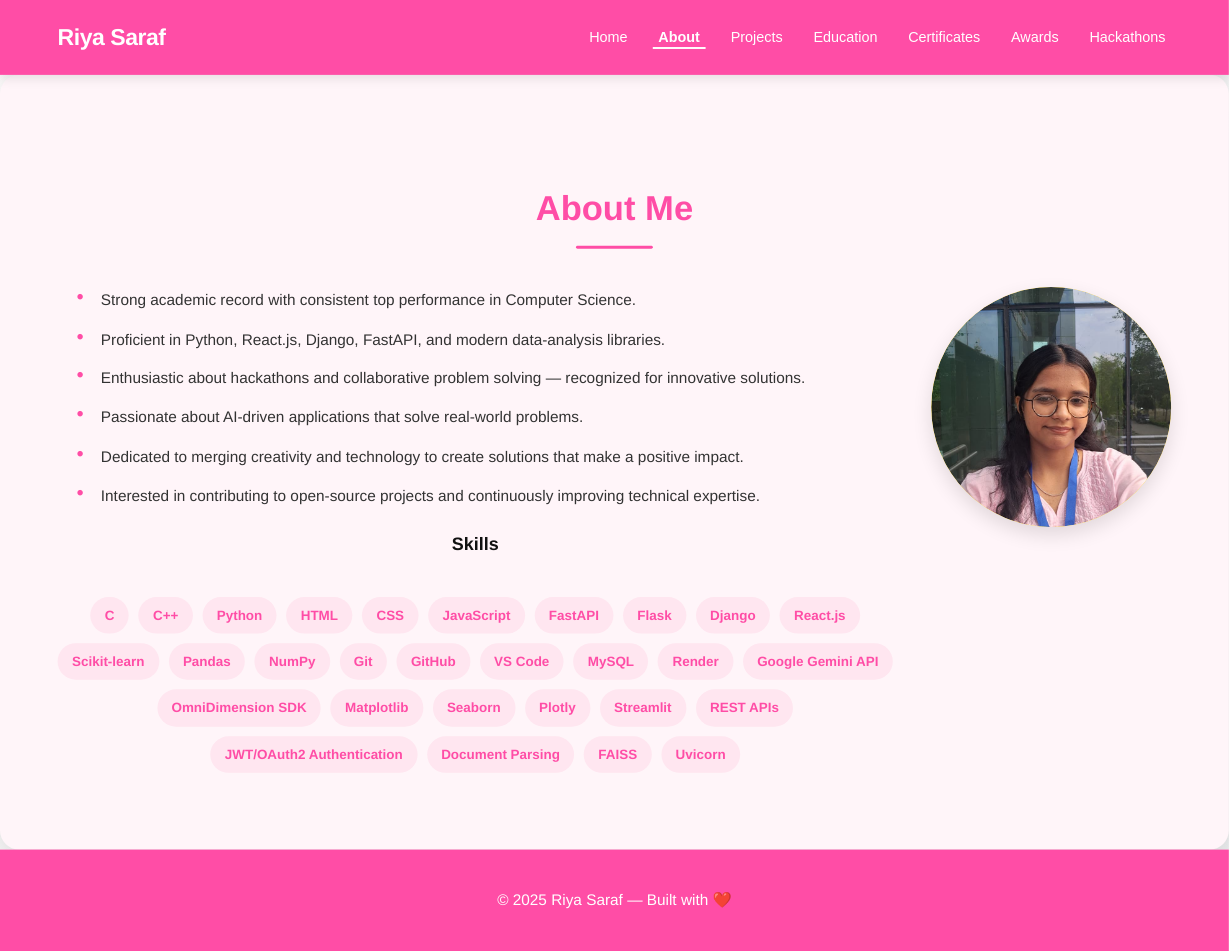
Repository: riyaaaa19/riya-portfolio
Page: /, after clicking the first element matching `nav > :nth-child(2)`
An editor plug-in stored every save of this project. The page is shown before and after the next save, followed by the edit.
The browser window is 1280 px wide. The pictures show the whole page, at 96% of full size.
The project was rebuilt for these pictures with package versions that can differ from the ones it lists, and the page was loaded fresh each time. Also part of the build but not shown: src/components/TimelineCard.js.

Above is the page before, as saved 2025-09-14 15:26:04.

After the next save:
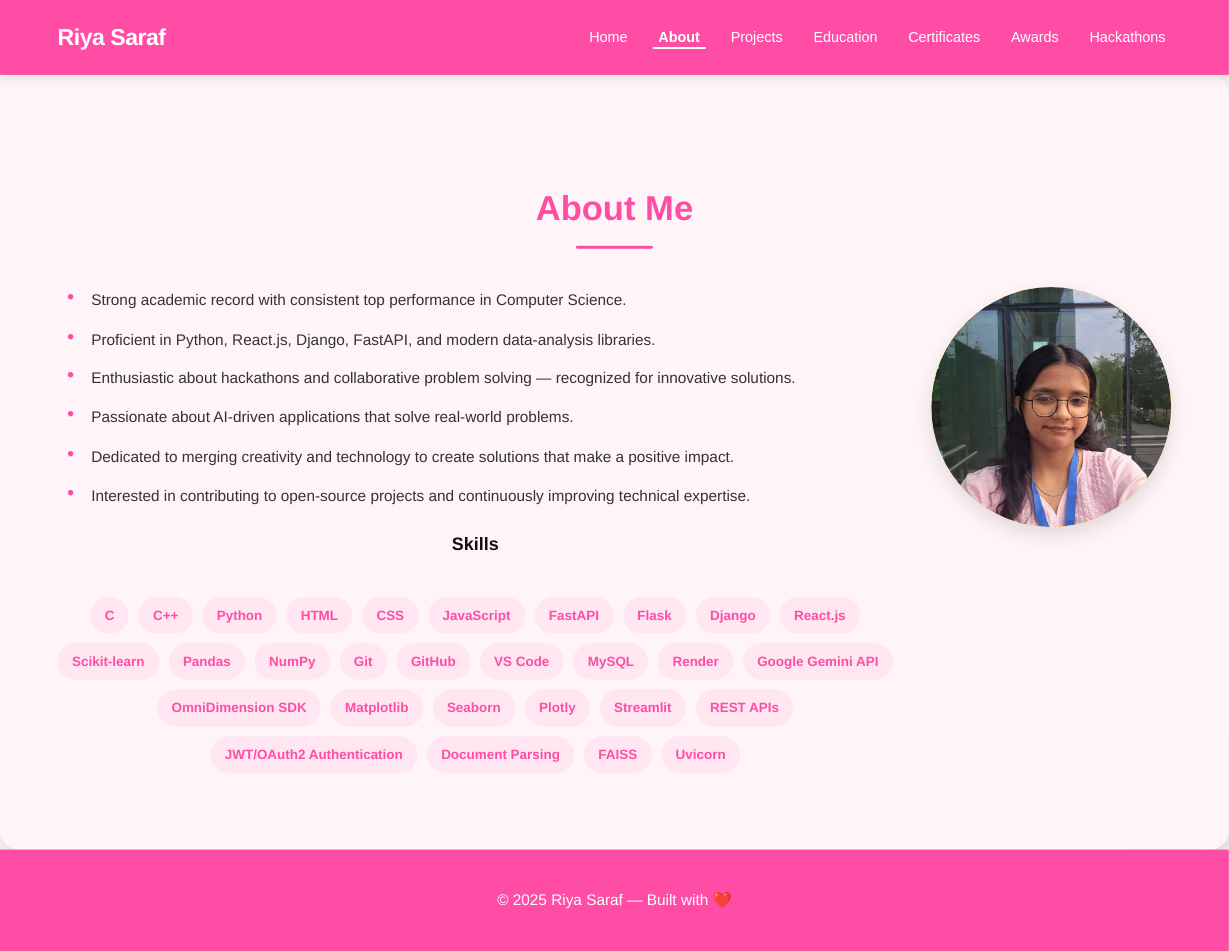
Saved 17 s later.
--- a/src/App.js
+++ b/src/App.js
@@ -196,7 +196,7 @@
 
       {/* ✅ Left Side: Text Points + Skills */}
       <div style={{ flex: 1 }}>
-        <ul style={{paddingLeft: "20px", lineHeight: "1.8" }}>
+        <ul style={{paddingLeft: "10px", lineHeight: "1.8" }}>
           <li>Strong academic record with consistent top performance in Computer Science.</li>
           <li>Proficient in Python, React.js, Django, FastAPI, and modern data-analysis libraries.</li>
           <li>Enthusiastic about hackathons and collaborative problem solving — recognized for innovative solutions.</li>

After the save that followed:
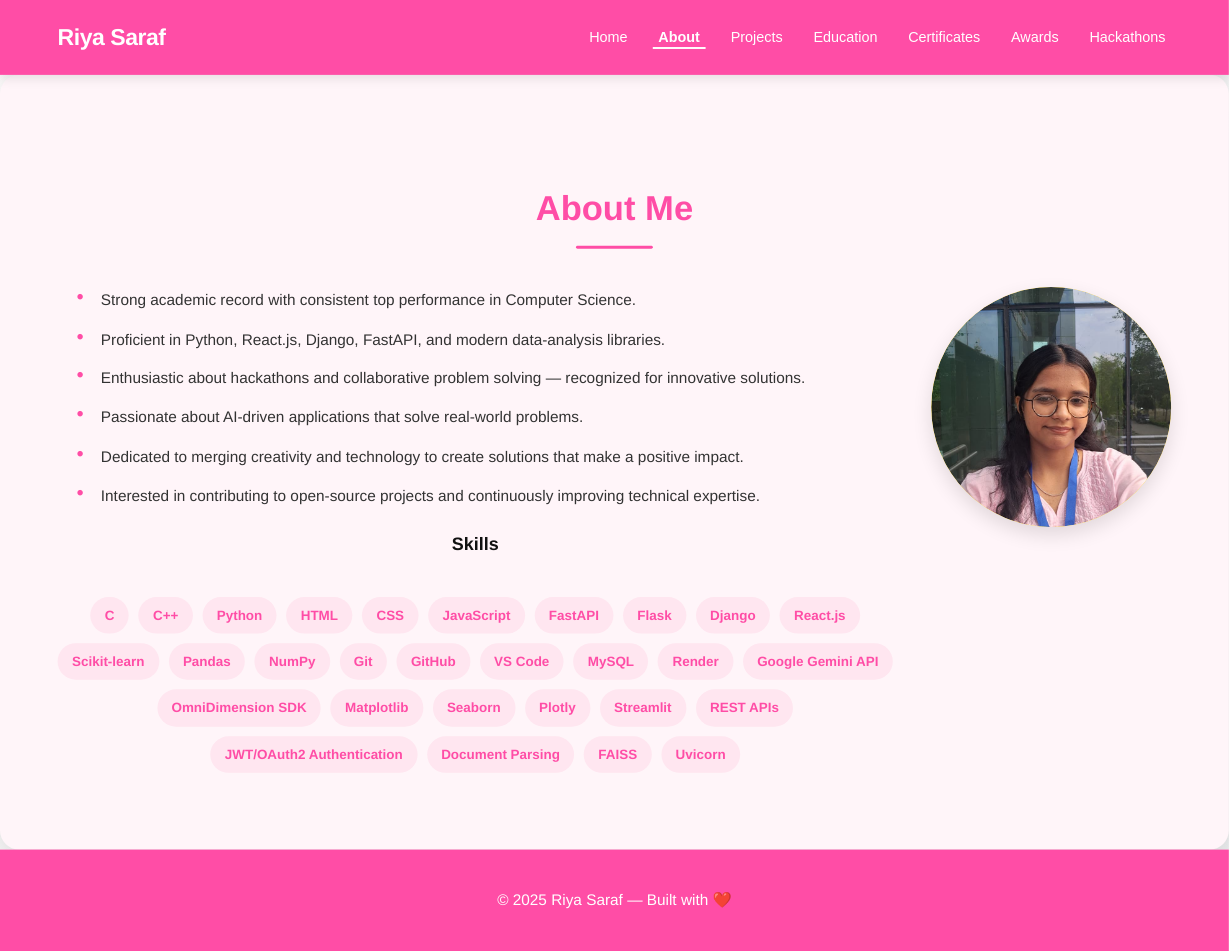
Saved 10 s later.
--- a/src/App.js
+++ b/src/App.js
@@ -196,7 +196,7 @@
 
       {/* ✅ Left Side: Text Points + Skills */}
       <div style={{ flex: 1 }}>
-        <ul style={{paddingLeft: "10px", lineHeight: "1.8" }}>
+        <ul style={{paddingLeft: "20px", lineHeight: "1.8" }}>
           <li>Strong academic record with consistent top performance in Computer Science.</li>
           <li>Proficient in Python, React.js, Django, FastAPI, and modern data-analysis libraries.</li>
           <li>Enthusiastic about hackathons and collaborative problem solving — recognized for innovative solutions.</li>
